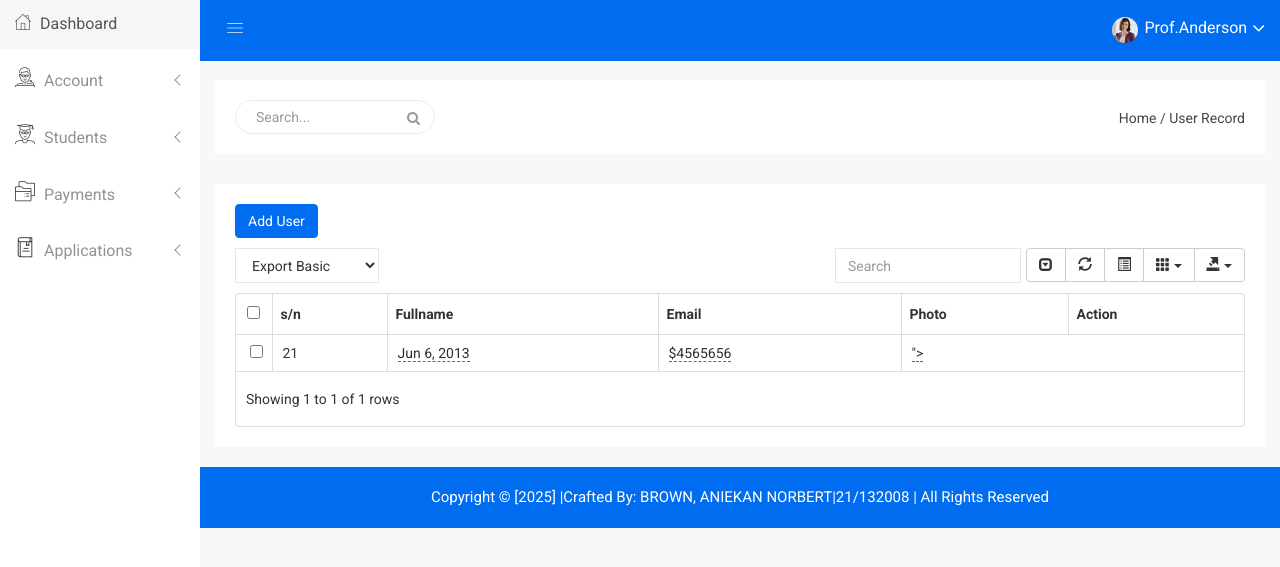
Repository: walterjnr1/crowdfunding-system
Page: http://localhost/Admin/user_record.php
The author's editor kept a copy of each file at every save. The page is drawn from the files as they stood at one save, then again after the next save.
The browser window is 1280 px wide. The pictures show the whole page.
The page is run by PHP 8.4 with error messages shown; the project is at /var/www/html/.

Above is the page before, as saved 2025-02-20 11:31:16.
Console error (its wording comes from the project's code and is left out).

After the next save:
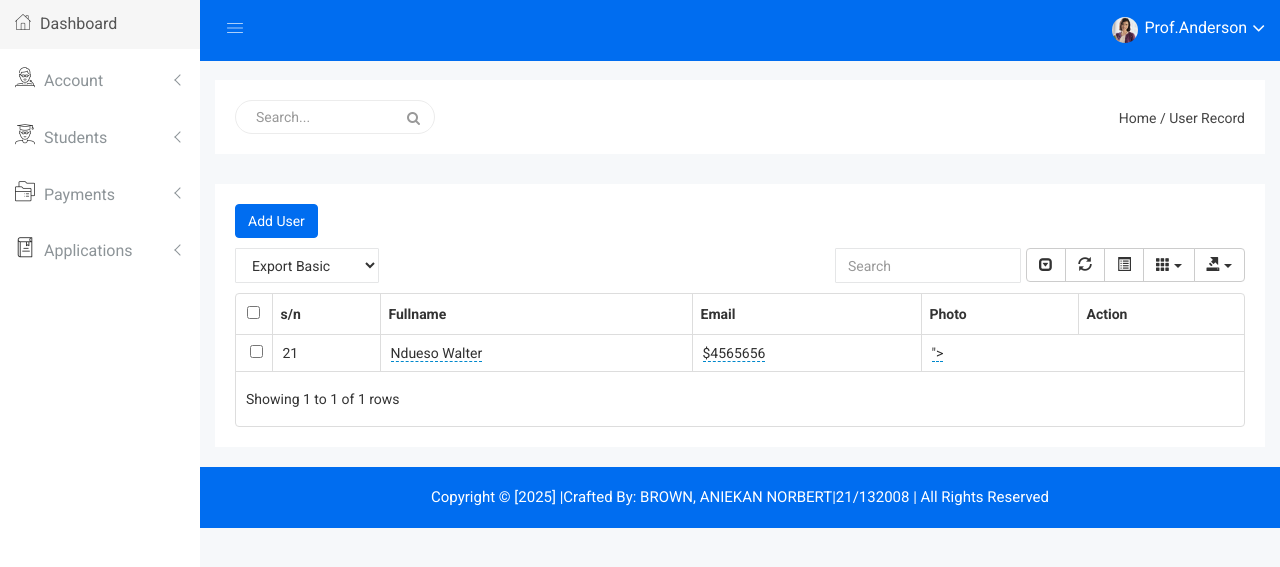
Saved 27 s later.
--- a/Admin/user_record.php
+++ b/Admin/user_record.php
@@ -128,7 +128,7 @@
                                              <tr>
                                                 <td></td>
                                                 <td>21</td>
-                                                 <td>Jun 6, 2013</td>
+                                                 <td>Ndueso Walter</td>
                                                 <td>$4565656</td>
                                                 <td class="datatable-ct"><i class="fa fa-check"></i></td>
 
